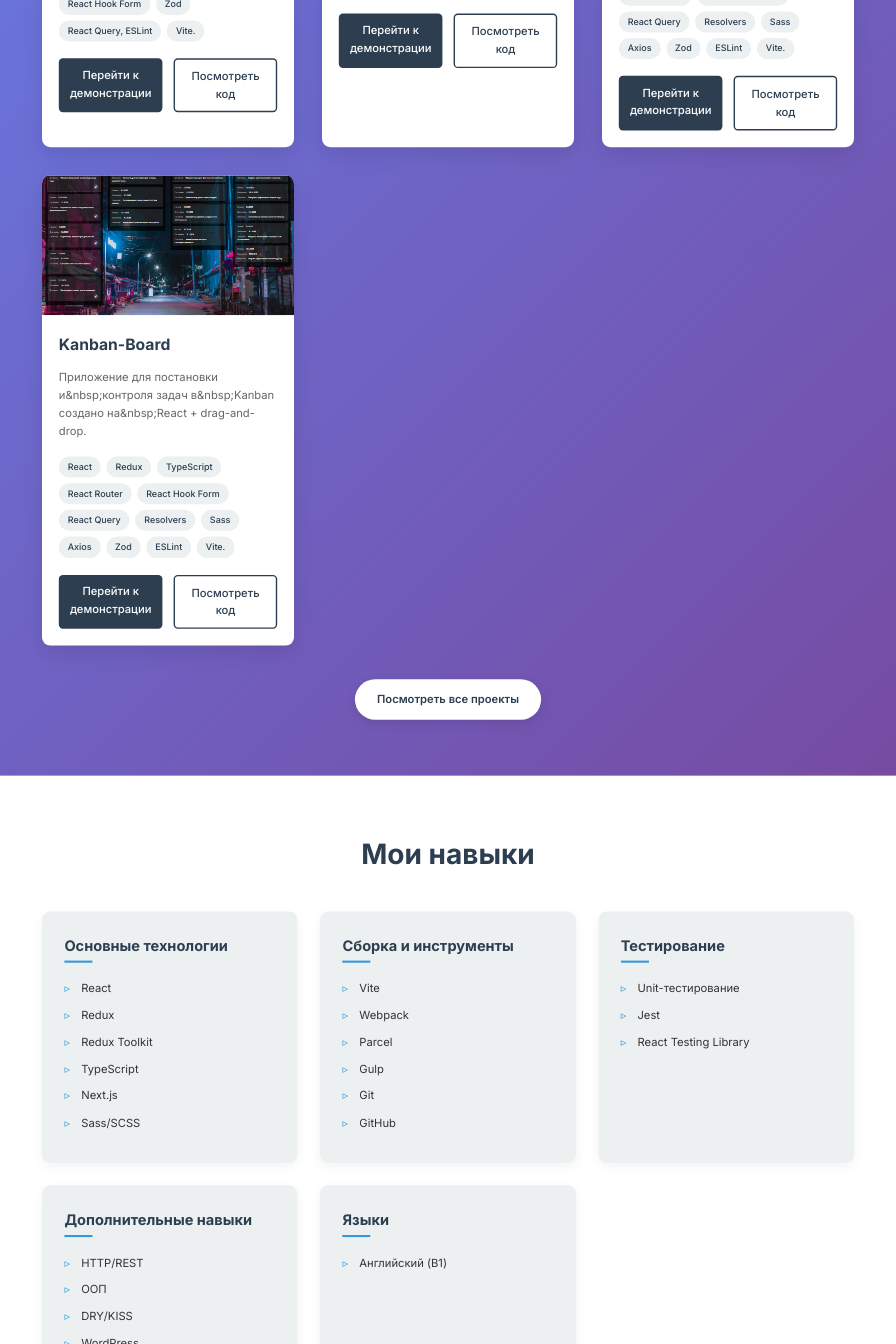
Repository: RostislavZeberg/resume-app
Page: /
An editor plug-in stored every save of this project. The page is shown before and after the next save, followed by the edit.
The browser window is 1280 px wide. The pictures show the part of the page from y = 716 to 2636 px (the page is 4380 px tall before and 4342 px after), at 70% of full size.
The project was rebuilt for these pictures with package versions that can differ from the ones it lists, and the page was loaded fresh each time. The framework's server and built-in components were replaced by stand-ins that run in the browser. Also part of the build but not shown: next.config.ts.

Above is the page before, as saved 2025-09-18 13:59:27.

### pages/_app.tsx
import type { AppProps } from 'next/app';
import '../styles/globals.scss';
import Head from 'next/head';

function MyApp({ Component, pageProps }: AppProps) {
  return (
    <>
      <Head>
        <meta name="viewport" content="width=device-width, initial-scale=1" />
        <meta name="theme-color" content="#2c3e50" />
        <meta name="description" content="Резюме фронтенд-разработчика React с 5+ годами опыта. Специализация: React, TypeScript, Next.js, Redux Toolkit." />
        <meta name="keywords" content="React, TypeScript, Next.js, фронтенд-разработчик, резюме" />
        <meta property="og:title" content="Фронтенд-разработчик React" />
        <meta property="og:description" content="Резюме фронтенд-разработчика React с 5+ годами опыта" />
        <meta property="og:type" content="website" />
        <link rel="icon" href="/favicon.ico" />
      </Head>
      <Component {...pageProps} />
    </>
  );
}

export default MyApp;

### pages/_document.tsx
import { Html, Head, Main, NextScript } from 'next/document';

export default function Document() {
  return (
    <Html lang="ru">
      <Head>
        <link rel="preconnect" href="https://fonts.googleapis.com" />
        <link rel="preconnect" href="https://fonts.gstatic.com" crossOrigin="anonymous" />
        <link href="https://fonts.googleapis.com/css2?family=Inter:wght@300;400;500;600;700&display=swap" rel="stylesheet" />

        {/* Фавикон */}
        <link rel="icon" href="/favicon.ico" sizes="any" />
        <link rel="icon" href="/favicon.svg" type="image/svg+xml" />
        <link rel="apple-touch-icon" href="/apple-touch-icon.png" />
        <link rel="manifest" href="/manifest.webmanifest" />

        {/* Мета-теги */}
        <meta name="theme-color" content="#2c3e50" />
        <meta name="description" content="Резюме фронтенд-разработчика React с 5+ годами опыта. Специализация: React, TypeScript, Next.js, Redux Toolkit." />
        <meta name="keywords" content="React, TypeScript, Next.js, фронтенд-разработчик, резюме" />
      </Head>
      <body>
        <Main />
        <NextScript />
      </body>
    </Html>
  );
}

### pages/index.tsx
import Head from 'next/head';
import { NextPage } from 'next';
import Contacts from '../components/Sections/Contacts';
import Skills from '../components/Sections/Skills';
import About from '../components/Sections/About';
import Projects from '../components/Sections/Projects';
import Header from '../components/Layout/Header';

const Home: NextPage = () => {
  return (
    <>
      <Head>
        <title>Фронтенд-разработчик React | Резюме</title>
        <meta name="description" content="Резюме фронтенд-разработчика React с 5+ годами опыта. Специализация: React, TypeScript, Next.js, Redux Toolkit." />
        <meta name="keywords" content="React, TypeScript, Next.js, фронтенд-разработчик, резюме" />
        <meta property="og:title" content="Фронтенд-разработчик React" />
        <meta property="og:description" content="Резюме фронтенд-разработчика React с 5+ годами опыта" />
        <meta property="og:type" content="website" />
        <link rel="icon" href="/favicon.ico" />
      </Head>

      <Header />
      <main>
        <Projects />
        <Skills />
        <About />
        <Contacts />
      </main>
    </>
  );
};

export default Home;

### styles/globals.scss
// Переменные и миксины
@import './variables.scss';
@import './mixins';

// Глобальные стили
* {
  box-sizing: border-box;
  margin: 0;
  padding: 0;
}

html {
  scroll-behavior: smooth;
  scroll-padding-top: 60px;
}

body {
  font-family: 'Inter', 'Arial', sans-serif;
  line-height: 1.6;
  color: $text-color;
  background-color: $background-color;
  padding-top: 60px;
}

.container {
  max-width: 1200px;
  margin: 0 auto;
  padding: 0 20px;
}

section {
  padding: 80px 0;

  h2 {
    text-align: center;
    margin-bottom: 50px;
    font-size: 2.5rem;
    color: $primary-color;
  }
}

// Анимации
@keyframes fadeIn {
  from {
    opacity: 0;
    transform: translateY(20px);
  }
  to {
    opacity: 1;
    transform: translateY(0);
  }
}

.fade-in {
  animation: fadeIn 0.6s ease forwards;
}

// Адаптивность
@include desktop {
  .container {
    max-width: 1200px;
  }
}

@include tablet {
  .container {
    max-width: 100%;
    padding: 0 15px;
  }

  section {
    padding: 60px 0;

    h2 {
      font-size: 2rem;
      margin-bottom: 40px;
    }
  }
}

@include mobile {
  .container {
    padding: 0 10px;
  }

  section {
    padding: 40px 0;

    h2 {
      font-size: 1.8rem;
      margin-bottom: 30px;
    }
  }
}

### components/Sections/Contacts.tsx
import React from 'react';
import Icon from '../UI/Icon';
import styles from '../../styles/sections/contacts.module.scss';
import { contacts } from '@/info/contacts';

const Contacts: React.FC = () => {

  return (
    <section id="contacts" className={styles.contacts}>
      <div className="container">
        <h2>Контакты</h2>
        <div className={styles.contactsGrid}>
          {contacts.map((contact, index) => (
            <a
              key={index}
              href={contact.href}
              className={styles.contactItem}
              target="_blank"
              rel="noopener noreferrer"
            >
              <Icon name={contact.icon} className={styles.contactIcon} />
              <span>{contact.text}</span>
            </a>
          ))}
        </div>
      </div>
    </section>
  );
};

export default Contacts;

### components/Sections/Skills.tsx
import React from 'react';
import styles from '../../styles/sections/skills.module.scss';

const Skills: React.FC = () => {
  const skillCategories = [
    {
      title: 'Основные технологии',
      skills: ['React', 'Redux', 'Redux Toolkit', 'TypeScript', 'Next.js', 'Sass/SCSS']
    },
    {
      title: 'Сборка и инструменты',
      skills: ['Vite', 'Webpack', 'Parcel', 'Gulp', 'Git', 'GitHub']
    },
    {
      title: 'Тестирование',
      skills: ['Unit-тестирование', 'Jest', 'React Testing Library']
    },
    {
      title: 'Дополнительные навыки',
      skills: ['HTTP/REST', 'ООП', 'DRY/KISS', 'WordPress', 'Vue.js', 'SQL', 'Python', 'Docker', 'Linux']
    },
    {
      title: 'Языки',
      skills: ['Английский (B1)']
    }
  ];

  return (
    <section id="skills" className={styles.skills}>
      <div className="container">
        <h2>Мои навыки</h2>
        <div className={styles.skillsGrid}>
          {skillCategories.map((category, index) => (
            <div key={index} className={styles.skillCategory}>
              <h3>{category.title}</h3>
              <ul>
                {category.skills.map((skill, i) => (
                  <li key={i}>{skill}</li>
                ))}
              </ul>
            </div>
          ))}
        </div>
      </div>
    </section>
  );
};

export default Skills;

### components/Sections/Projects.tsx
import React from 'react';
import ProjectCard from '../UI/ProjectCard';
import styles from '../../styles/sections/projects.module.scss';
import { projects } from '@/info/projects';

const Projects: React.FC = () => {
  return (
    <section id="projects" className={styles.projects}>
      <div className="container">
        <h2>Мои проекты</h2>
        <div className={styles.projectsGrid}>
          {projects.map((project, index) => (
            <ProjectCard key={index} project={project} />
          ))}
        </div>
        <div className={styles.viewAll}>
          <a
            href="https://github.com/RostislavZeberg?tab=repositories"
            className={styles.viewAllButton}
            target="_blank"
            rel="noopener noreferrer"
          >
            Посмотреть все проекты
          </a>
        </div>
      </div>
    </section>
  );
};

export default Projects;

### components/Layout/Header.tsx
import React, { useState } from 'react';
import Link from 'next/link';
import styles from '../../styles/layout/header.module.scss';

const Header: React.FC = () => {
  const [isMenuOpen, setIsMenuOpen] = useState(false);

  const toggleMenu = () => {
    setIsMenuOpen(!isMenuOpen);
  };

  return (
    <header className={styles.header}>
      <div className="container">
        <nav className={styles.nav}>
          <div className={styles.logo}>
            <Link href="/">Фронтенд-разработчик React + Next</Link>
          </div>

          <button
            className={`${styles.menuToggle} ${isMenuOpen ? styles.active : ''}`}
            onClick={toggleMenu}
            aria-label="Меню"
          >
            <span></span>
            <span></span>
            <span></span>
          </button>

          <ul className={`${styles.navList} ${isMenuOpen ? styles.active : ''}`}>
            <li><a href="#contacts" onClick={() => setIsMenuOpen(false)}>Контакты</a></li>
            <li><a href="#skills" onClick={() => setIsMenuOpen(false)}>Навыки</a></li>
            <li><a href="#about" onClick={() => setIsMenuOpen(false)}>Обо мне</a></li>
            <li><a href="#projects" onClick={() => setIsMenuOpen(false)}>Проекты</a></li>
          </ul>
        </nav>
      </div>
    </header>
  );
};

export default Header;

### styles/variables.scss
// Цвета
$primary-color: #2c3e50;
$secondary-color: #3498db;
$accent-color: #e74c3c;
$background-color: #f9f9f9;
$text-color: #333;
$light-gray: #ecf0f1;

// Breakpoints
$desktop: 1280px;
$tablet: 1024px;
$small-tablet: 768px;
$mobile: 320px;

### styles/mixins.scss
@mixin desktop {
  @media (min-width: #{$desktop}) {
    @content;
  }
}

@mixin tablet {
  @media (min-width: #{$small-tablet}) and (max-width: #{$tablet}) {
    @content;
  }
}

@mixin small-tablet {
  @media (min-width: #{$mobile}) and (max-width: #{$small-tablet - 1px}) {
    @content;
  }
}

@mixin mobile {
  @media (max-width: #{$mobile}) {
    @content;
  }
}

@mixin flex-center {
  display: flex;
  justify-content: center;
  align-items: center;
}

@mixin card-shadow {
  box-shadow: 0 4px 6px rgba(0, 0, 0, 0.1);
  transition: box-shadow 0.3s ease;

  &:hover {
    box-shadow: 0 10px 20px rgba(0, 0, 0, 0.15);
  }
}

### components/UI/Icon.tsx
import React from 'react';
import Image from 'next/image';

interface IconProps {
  name: string;
  className?: string;
  width?: number;
  height?: number;
}

const Icon: React.FC<IconProps> = ({ name, className = '', width = 24, height = 24 }) => {
  return (
    <Image
      src={`/icons/${name}.svg`}
      alt={`${name} icon`}
      width={width}
      height={height}
      className={className}
    />
  );
};

export default Icon;

### styles/sections/contacts.module.scss
@import '../variables';
@import '../mixins';

.contacts {
  background: linear-gradient(135deg, #f5f7fa 0%, #c3cfe2 100%);
  padding: 100px 0;
}

.contactsGrid {
  display: grid;
  grid-template-columns: repeat(auto-fit, minmax(250px, 1fr));
  gap: 2rem;
  margin-top: 3rem;
}

.contactItem {
  display: flex;
  flex-direction: column;
  align-items: center;
  justify-content: center;
  background: white;
  padding: 2rem;
  border-radius: 12px;
  box-shadow: 0 10px 30px rgba(0, 0, 0, 0.1);
  transition: all 0.3s ease;
  text-decoration: none;
  color: $text-color;

  &:hover {
    transform: translateY(-5px);
    box-shadow: 0 15px 40px rgba(0, 0, 0, 0.15);

    .contactIcon {
      transform: scale(1.1);
    }
  }
}

.contactIcon {
  width: 60px;
  height: 60px;
  margin-bottom: 1rem;
  transition: transform 0.3s ease;
}

// Адаптивность
@include tablet {
  .contactsGrid {
    grid-template-columns: repeat(2, 1fr);
    gap: 1.5rem;
  }
}

@include small-tablet {
  .contactsGrid {
    grid-template-columns: 1fr;
    gap: 1rem;
  }

  .contactItem {
    padding: 1.5rem;
  }
}

@include mobile {
  .contacts {
    padding: 80px 0;
  }

  .contactIcon {
    width: 50px;
    height: 50px;
  }
}

### info/contacts.ts
export const contacts = [
  { icon: 'email', text: 'zeberg@bk.ru', href: 'mailto:zeberg@bk.ru' },
  { icon: 'phone', text: '+7(960)-552-4171', href: 'tel:+79605524171' },
  { icon: 'telegram', text: '@zeberg_jaguar', href: 'https://t.me/zeberg_jaguar' },
  { icon: 'github', text: 'GitHub', href: 'https://github.com/RostislavZeberg?tab=repositories' }
];

### styles/sections/skills.module.scss
@import '../variables';
@import '../mixins';

.skills {
  background-color: white;
}

.skillsGrid {
  display: grid;
  grid-template-columns: repeat(auto-fit, minmax(300px, 1fr));
  gap: 2rem;
}

.skillCategory {
  background: $light-gray;
  padding: 2rem;
  border-radius: 12px;
  box-shadow: 0 5px 15px rgba(0, 0, 0, 0.05);

  h3 {
    color: $primary-color;
    margin-bottom: 1.5rem;
    font-size: 1.3rem;
    position: relative;
    padding-bottom: 0.5rem;

    &::after {
      content: '';
      position: absolute;
      bottom: 0;
      left: 0;
      width: 40px;
      height: 3px;
      background: $secondary-color;
    }
  }

  ul {
    list-style: none;
  }

  li {
    margin-bottom: 0.8rem;
    padding-left: 1.5rem;
    position: relative;

    &::before {
      content: '▹';
      position: absolute;
      left: 0;
      color: $secondary-color;
    }
  }
}

// Адаптивность
@include tablet {
  .skillsGrid {
    grid-template-columns: repeat(2, 1fr);
    gap: 1.5rem;
  }
}

@include small-tablet {
  .skillsGrid {
    grid-template-columns: 1fr;
    gap: 1rem;
  }

  .skillCategory {
    padding: 1.5rem;
  }
}

@include mobile {
  .skillCategory {
    padding: 1.2rem;

    h3 {
      font-size: 1.2rem;
    }
  }
}

### styles/sections/about.module.scss
@import '../variables';
@import '../mixins';

.about {
  background-color: $light-gray;
}

.aboutContent {
  max-width: 800px;
  margin: 0 auto;

  p {
    margin-bottom: 1.5rem;
    line-height: 1.8;
    text-align: justify;
  }
}

// Адаптивность
@include tablet {
  .aboutContent {
    padding: 0 1rem;
  }
}

@include mobile {
  .aboutContent p {
    text-align: left;
  }
}

### components/UI/ProjectCard.tsx
import React from 'react';
import Image from 'next/image';
import styles from '../../styles/ui/project-card.module.scss';

interface Project {
  name: string;
  description: string;
  demoLink: string;
  codeLink: string;
  technologies: string[];
}

interface ProjectCardProps {
  project: Project;
}

const ProjectCard: React.FC<ProjectCardProps> = ({ project }) => {
  return (
    <div className={styles.projectCard}>
      <div className={styles.projectImage}>
        <a href={project.demoLink} target="_blank" rel="noopener noreferrer">
          <Image
            src={`/images/projects/${project.name.toLowerCase()}.jpg`}
            alt={project.name}
            fill
            style={{ objectFit: 'cover' }}
            sizes="(max-width: 768px) 100vw, (max-width: 1200px) 50vw, 33vw"
          />
        </a>
      </div>
      <div className={styles.projectContent}>
        <h3>{project.name}</h3>
        <p>{project.description}</p>
        <div className={styles.technologies}>
          {project.technologies.map((tech, index) => (
            <span key={index} className={styles.techTag}>{tech}</span>
          ))}
        </div>
        <div className={styles.projectActions}>
          <a
            href={project.demoLink}
            className={styles.demoButton}
            target="_blank"
            rel="noopener noreferrer"
          >
            Перейти к демонстрации
          </a>
          <a
            href={project.codeLink}
            className={styles.codeButton}
            target="_blank"
            rel="noopener noreferrer"
          >
            Посмотреть код
          </a>
        </div>
      </div>
    </div>
  );
};

export default ProjectCard;

### styles/sections/projects.module.scss
@import '../variables';
@import '../mixins';

.projects {
  background: linear-gradient(135deg, #667eea 0%, #764ba2 100%);
  color: white;

  h2 {
    color: white;
  }
}

.projectsGrid {
  display: grid;
  grid-template-columns: repeat(auto-fit, minmax(350px, 1fr));
  gap: 2.5rem;
  margin-bottom: 3rem;
}

.viewAll {
  text-align: center;
  margin-top: 3rem;
}

.viewAllButton {
  display: inline-block;
  padding: 1rem 2rem;
  background: white;
  color: $primary-color;
  text-decoration: none;
  border-radius: 30px;
  font-weight: 600;
  transition: all 0.3s ease;
  box-shadow: 0 5px 15px rgba(0, 0, 0, 0.1);

  &:hover {
    transform: translateY(-3px);
    box-shadow: 0 10px 25px rgba(0, 0, 0, 0.2);
    background: $accent-color;
    color: white;
  }
}

// Адаптивность
@include tablet {
  .projectsGrid {
    grid-template-columns: repeat(2, 1fr);
    gap: 2rem;
  }
}

@include small-tablet {
  .projectsGrid {
    grid-template-columns: 1fr;
    gap: 1.5rem;
  }
}

@include mobile {
  .projectsGrid {
    grid-template-columns: 1fr;
    gap: 1.5rem;
  }

  .viewAllButton {
    padding: 0.8rem 1.5rem;
    font-size: 0.9rem;
  }
}

### info/projects.ts
export const projects = [
  {
    name: 'CinemaGuide',
    description: 'Приложение для поиска кинофильмов создано на&nbsp;React + TypeScript + Vite. Полный функционал.',
    demoLink: 'https://rostislavzeberg.github.io/CinemaGuide',
    codeLink: 'https://github.com/RostislavZeberg/CinemaGuide/tree/dev',
    technologies: ['React', 'TypeScript', 'Vite', 'React Router DOM', 'Axios', 'React Hook Form', 'Zod', 'React Query, ESLint', 'Vite.']
  },
  {
    name: 'ShopOnline',
    description: 'Онлайн-магазин на&nbsp;Next.js. Полный функционал.',
    demoLink: 'https://shop-online-omega.vercel.app/',
    codeLink: 'https://github.com/RostislavZeberg/ShopOnline',
    technologies: ['Next.js', 'React', 'TypeScript', 'Redux Toolkit', 'SCSS', 'Axios', 'GSAP', 'Zod, ESLint', 'Vite.']
  },
  {
    name: 'CatalogProducts',
    description: 'Приложение для управления карточками товаров со&nbsp;стороны администрации магазина создано на&nbsp;React. Полный функционал.',
    demoLink: 'https://rostislavzeberg.github.io/CatalogProducts',
    codeLink: 'https://github.com/RostislavZeberg/CatalogProducts',
    technologies: ['React', 'Redux', 'TypeScript', 'React Router', 'React Hook Form', 'React Query', 'Resolvers', 'Sass', 'Axios', 'Zod', 'ESLint', 'Vite.']
  },
  {
    name: 'Kanban-Board',
    description: 'Приложение для постановки и&nbsp;контроля задач в&nbsp;Kanban создано на&nbsp;React + drag-and-drop.',
    demoLink: 'https://shop-online-omega.vercel.app/',
    codeLink: 'https://github.com/RostislavZeberg/ShopOnline',
    technologies: ['React', 'Redux', 'TypeScript', 'React Router', 'React Hook Form', 'React Query', 'Resolvers', 'Sass', 'Axios', 'Zod', 'ESLint', 'Vite.']
  },
];

### styles/layout/header.module.scss
@import '../variables';
@import '../mixins';

.header {
  background-color: $primary-color;
  color: white;
  position: fixed;
  top: 0;
  left: 0;
  right: 0;
  z-index: 1000;
  box-shadow: 0 2px 10px rgba(0, 0, 0, 0.1);
}

.nav {
  display: flex;
  justify-content: space-between;
  align-items: center;
  padding: 1rem 0;
}

.logo {
  a {
    color: white;
    text-decoration: none;
    font-weight: 600;
    font-size: 1.2rem;

    &:hover {
      color: $accent-color;
    }
  }
}

.navList {
  display: flex;
  list-style: none;
  gap: 2rem;

  a {
    color: white;
    text-decoration: none;
    font-weight: 500;
    transition: color 0.3s ease;

    &:hover {
      color: $accent-color;
    }
  }
}

.menuToggle {
  display: none;
  flex-direction: column;
  justify-content: space-around;
  width: 2rem;
  height: 2rem;
  background: transparent;
  border: none;
  cursor: pointer;
  padding: 0;

  span {
    width: 2rem;
    height: 0.25rem;
    background: white;
    border-radius: 10px;
    transition: all 0.3s linear;
    position: relative;
    transform-origin: 1px;
  }
}

// Адаптивность
@include tablet {
  .navList {
    gap: 1.5rem;
  }
}

@include small-tablet {
  .menuToggle {
    display: flex;
    z-index: 1001;
  }

  .navList {
    position: fixed;
    top: 0;
    right: 0;
    height: 100vh;
    width: 70%;
    background: $primary-color;
    flex-direction: column;
    justify-content: center;
    align-items: center;
    transform: translateX(100%);
    transition: transform 0.3s ease-in-out;

    &.active {
      transform: translateX(0);
    }
  }

  .menuToggle.active {
    span:nth-child(1) {
      transform: rotate(45deg);
    }

    span:nth-child(2) {
      opacity: 0;
    }

    span:nth-child(3) {
      transform: rotate(-45deg);
    }
  }
}

@include mobile {
  .logo a {
    font-size: 1rem;
  }
}

Loaded but not shown: styles/ui/project-card.module.scss (137 lines, source omitted); components/Sections/About.tsx (42 lines, source omitted)

After the next save:
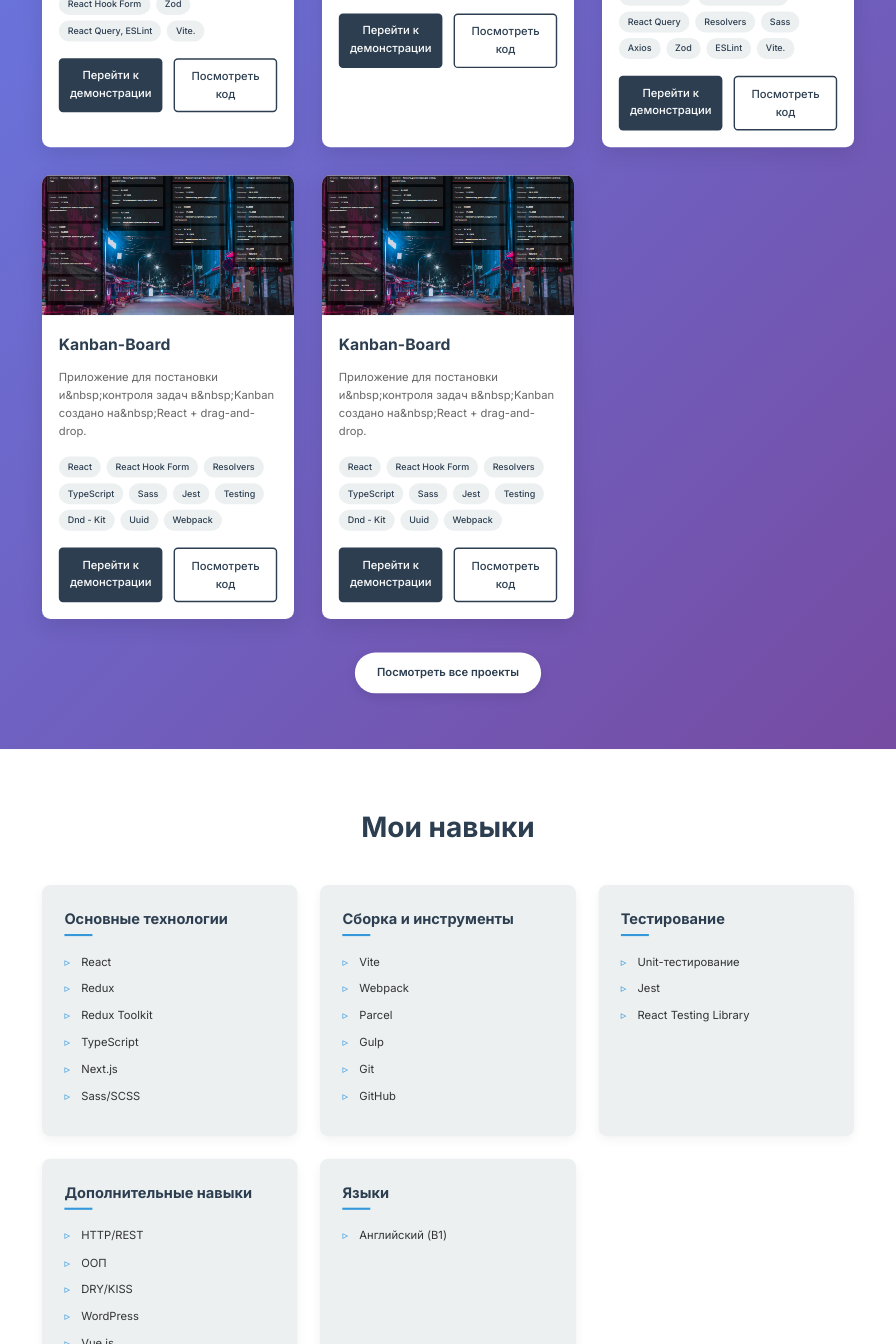
Saved 5 min 39 s later.
--- a/info/projects.ts
+++ b/info/projects.ts
@@ -18,13 +18,21 @@ export const projects = [
     description: 'Приложение для управления карточками товаров со&nbsp;стороны администрации магазина создано на&nbsp;React. Полный функционал.',
     demoLink: 'https://rostislavzeberg.github.io/CatalogProducts',
     codeLink: 'https://github.com/RostislavZeberg/CatalogProducts',
-    technologies: ['React', 'Redux', 'TypeScript', 'React Router', 'React Hook Form', 'React Query', 'Resolvers', 'Sass', 'Axios', 'Zod', 'ESLint', 'Vite.']
+    technologies: ['React', 'Redux', 'TypeScript', 'React Router', 'React Hook Form', 'React Query', 'Resolvers', 'Sass', 'Axios', 'Zod',
+      'ESLint', 'Vite.']
   },
   {
     name: 'Kanban-Board',
     description: 'Приложение для постановки и&nbsp;контроля задач в&nbsp;Kanban создано на&nbsp;React + drag-and-drop.',
     demoLink: 'https://shop-online-omega.vercel.app/',
     codeLink: 'https://github.com/RostislavZeberg/ShopOnline',
-    technologies: ['React', 'Redux', 'TypeScript', 'React Router', 'React Hook Form', 'React Query', 'Resolvers', 'Sass', 'Axios', 'Zod', 'ESLint', 'Vite.']
+    technologies: ['React', 'React Hook Form', 'Resolvers', 'TypeScript', 'Sass', 'Jest', 'Testing', 'Dnd - Kit', 'Uuid', 'Webpack']
+  },
+  {
+    name: 'Kanban-Board',
+    description: 'Приложение для постановки и&nbsp;контроля задач в&nbsp;Kanban создано на&nbsp;React + drag-and-drop.',
+    demoLink: 'https://shop-online-omega.vercel.app/',
+    codeLink: 'https://github.com/RostislavZeberg/ShopOnline',
+    technologies: ['React', 'React Hook Form', 'Resolvers', 'TypeScript', 'Sass', 'Jest', 'Testing', 'Dnd - Kit', 'Uuid', 'Webpack']
   },
 ];
